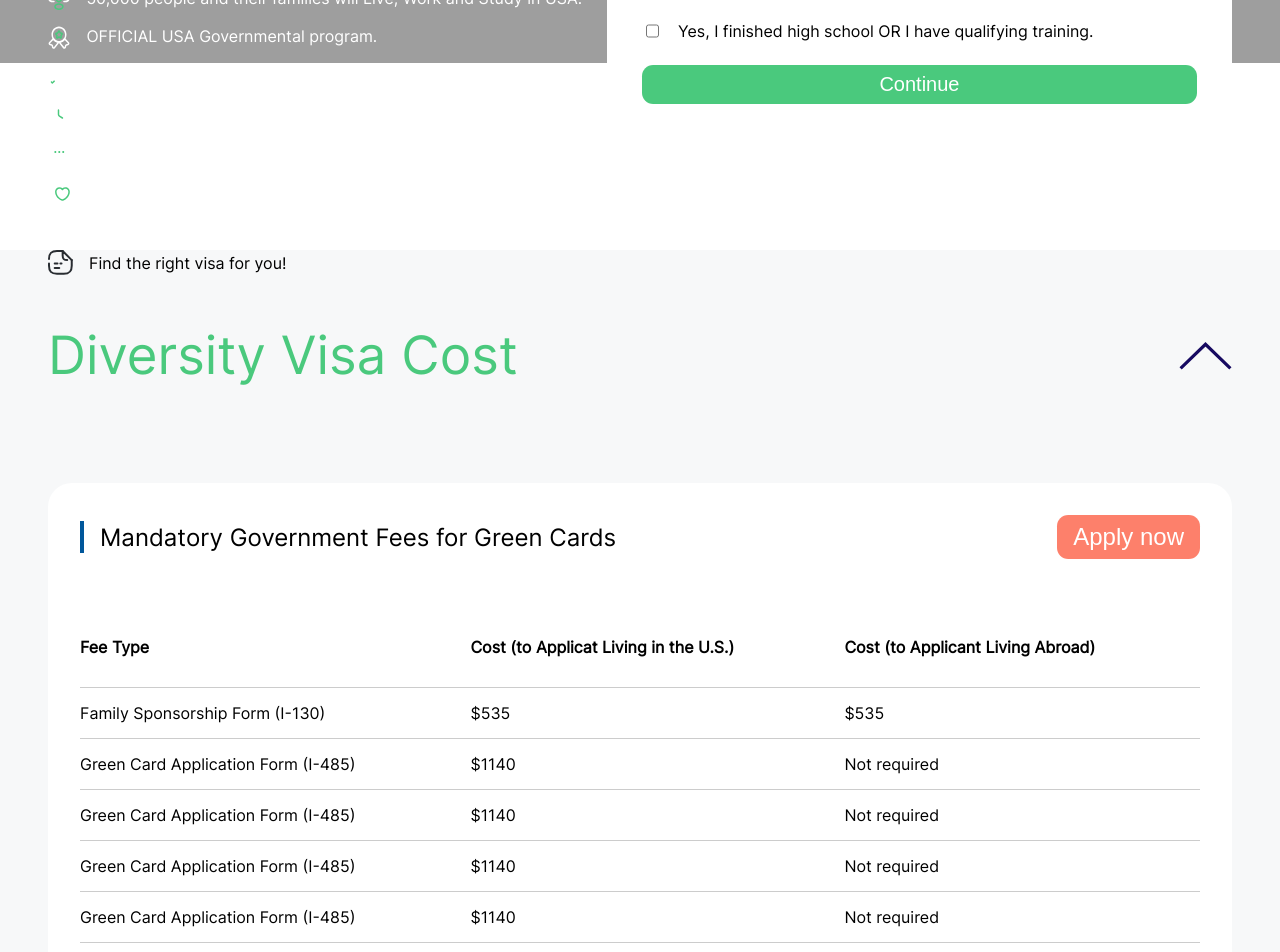
Repository: switch247/small_ui
Page: /
An editor plug-in stored every save of this project. The page is shown before and after the next save, followed by the edit.
The browser window is 1280 px wide. The pictures show the part of the page from y = 657 to 1609 px (the page is 1883 px tall before and 1931 px after).
Pictures or frames that could not be fetched are drawn as grey boxes. The project was rebuilt for these pictures with package versions that can differ from the ones it lists, and the page was loaded fresh each time.

Above is the page before, as saved 2023-10-12 17:28:56.

After the next save:
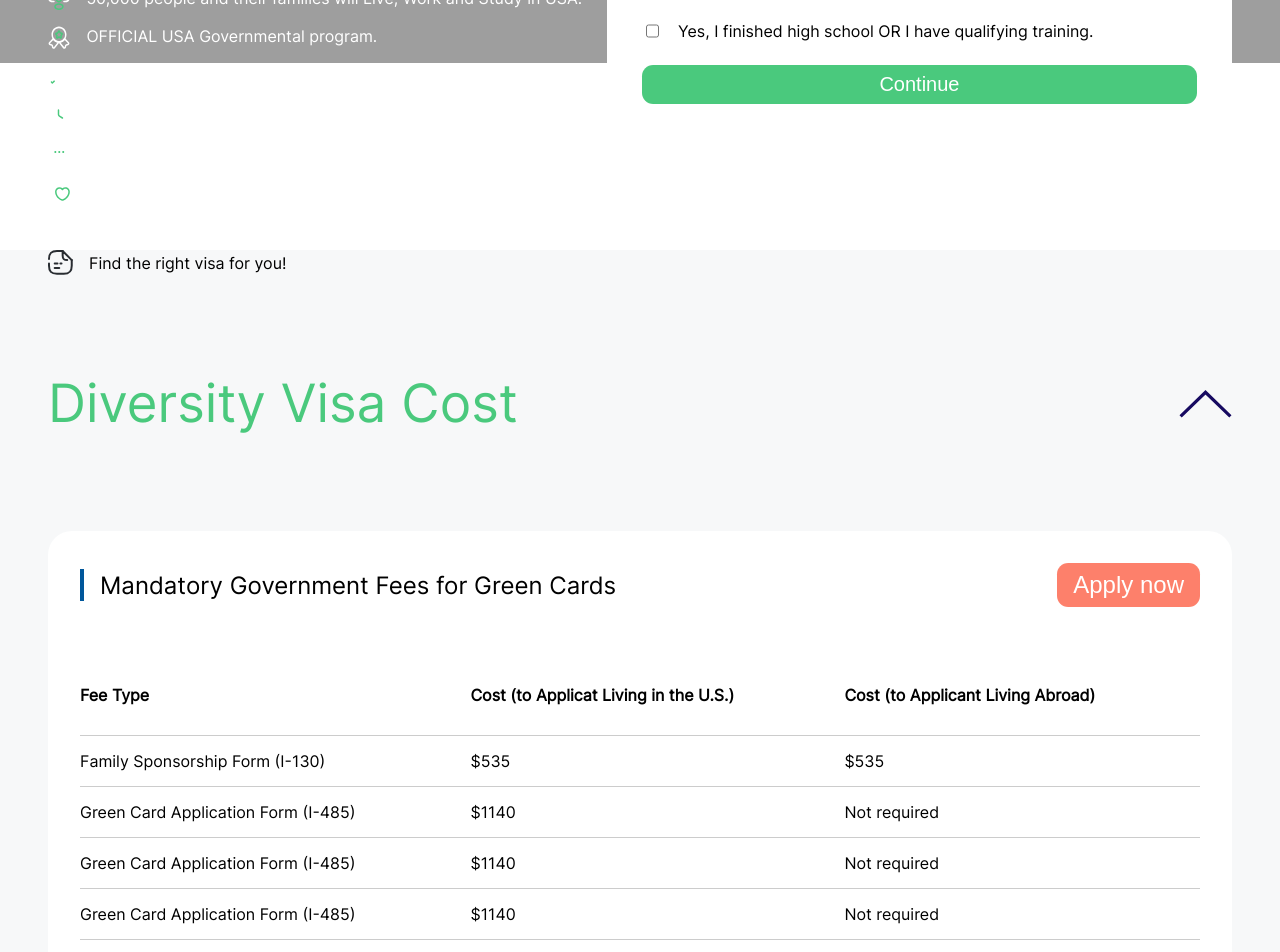
Saved 6 s later.
--- a/src/css/components/Description.css
+++ b/src/css/components/Description.css
@@ -20,5 +20,5 @@
   align-items: center;
   justify-content: start;
   gap: 1rem;
-  margin: 0 3rem;
+  margin: 3rem;
 }

After the save that followed:
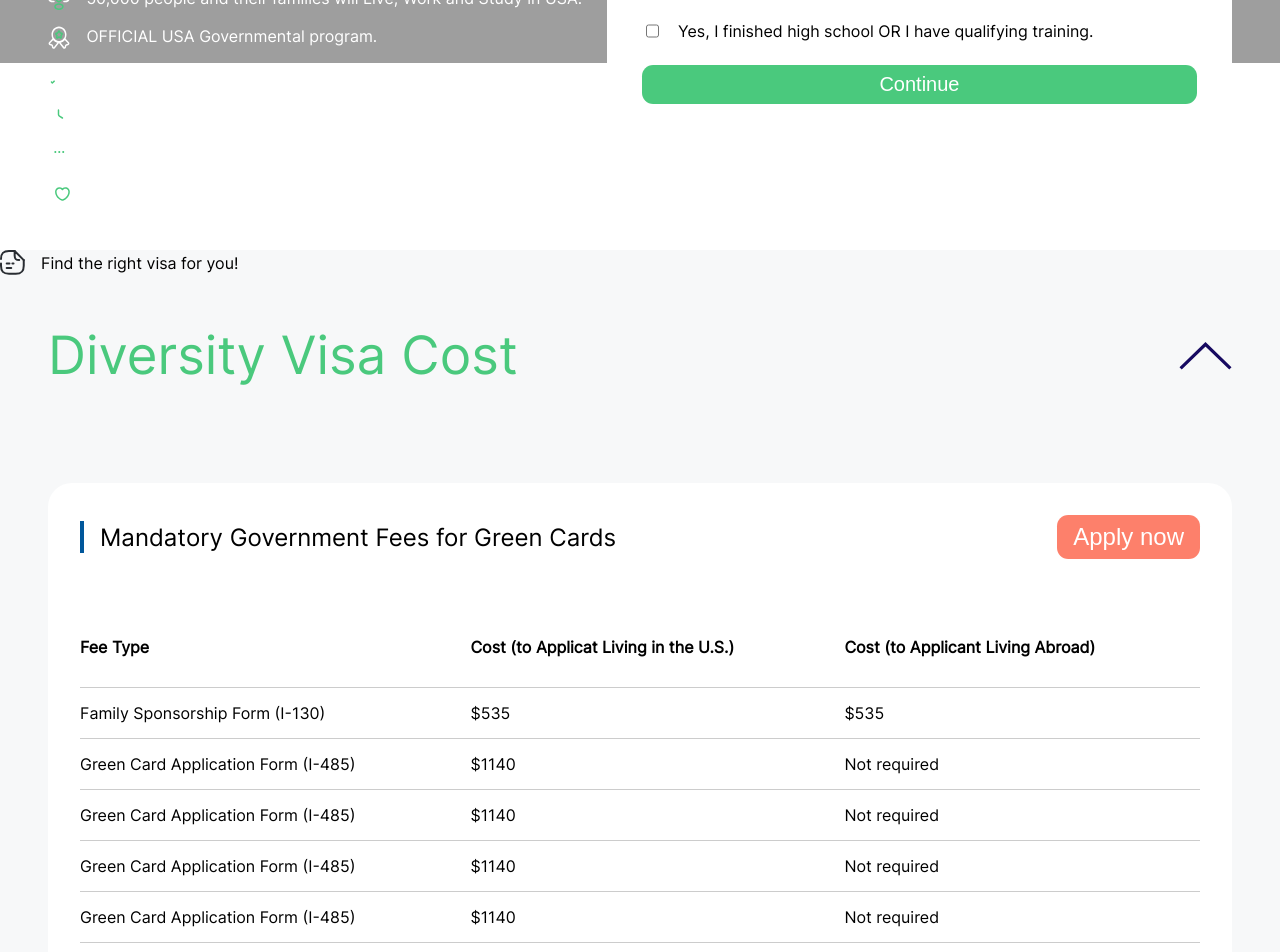
Saved 14 s later.
--- a/src/css/components/Description.css
+++ b/src/css/components/Description.css
@@ -20,5 +20,5 @@
   align-items: center;
   justify-content: start;
   gap: 1rem;
-  margin: 3rem;
+  margin-top: 3rem;
 }
